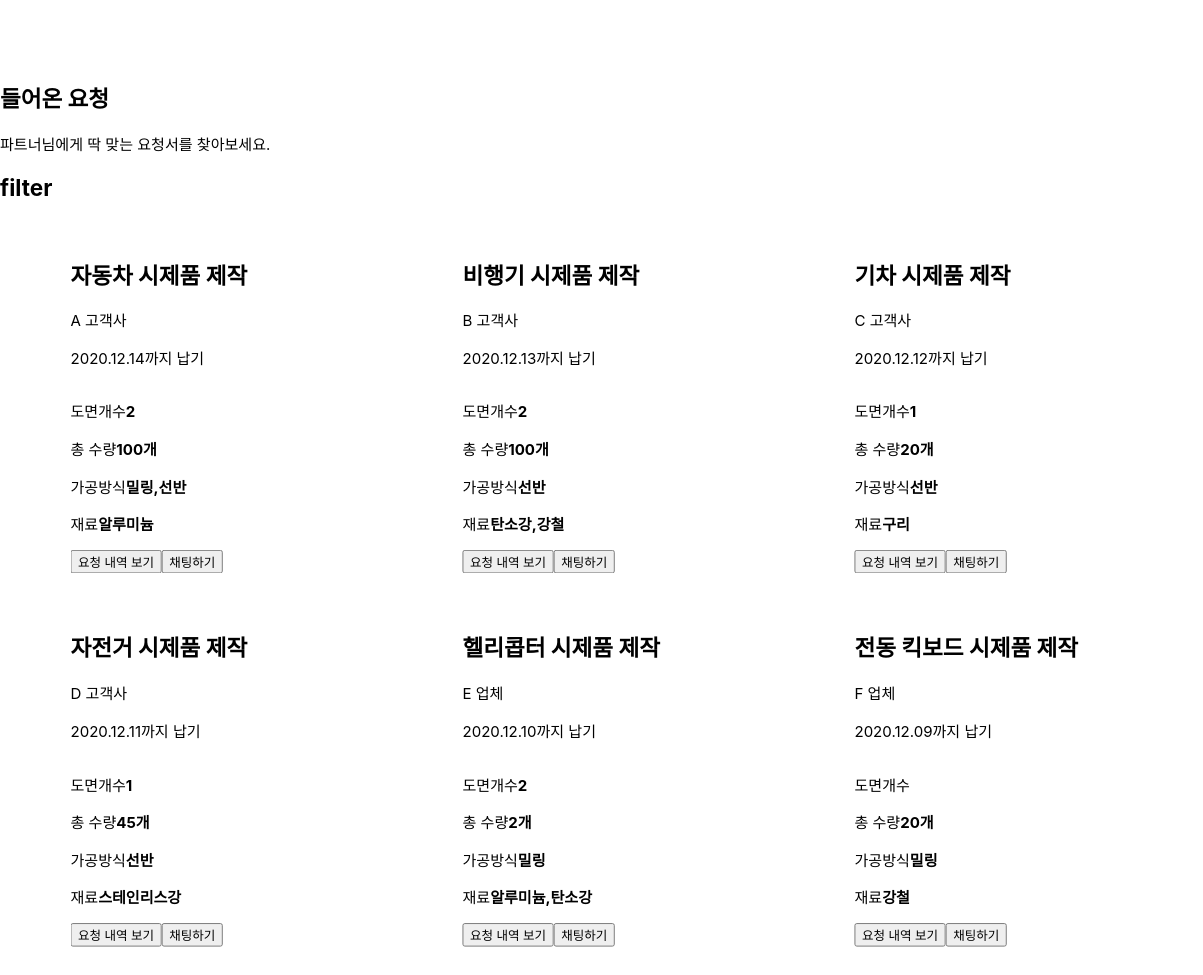
Repository: seoulsaram/capa
Page: /
The author's editor kept a copy of each file at every save. The page is drawn from the files as they stood at one save, then again after the next save.
The browser window is 1280 px wide. The pictures show the whole page, at 94% of full size.
The project was rebuilt for these pictures with package versions that can differ from the ones it lists, and the page was loaded fresh each time. Requests to the local data server were answered from the project's data file. Also part of the build but not shown: src/App.css, src/components/filter/filter.module.css, src/components/item_container/item_container.module.css.

Above is the page before, as saved 2021-03-05 21:44:06.

After the next save:
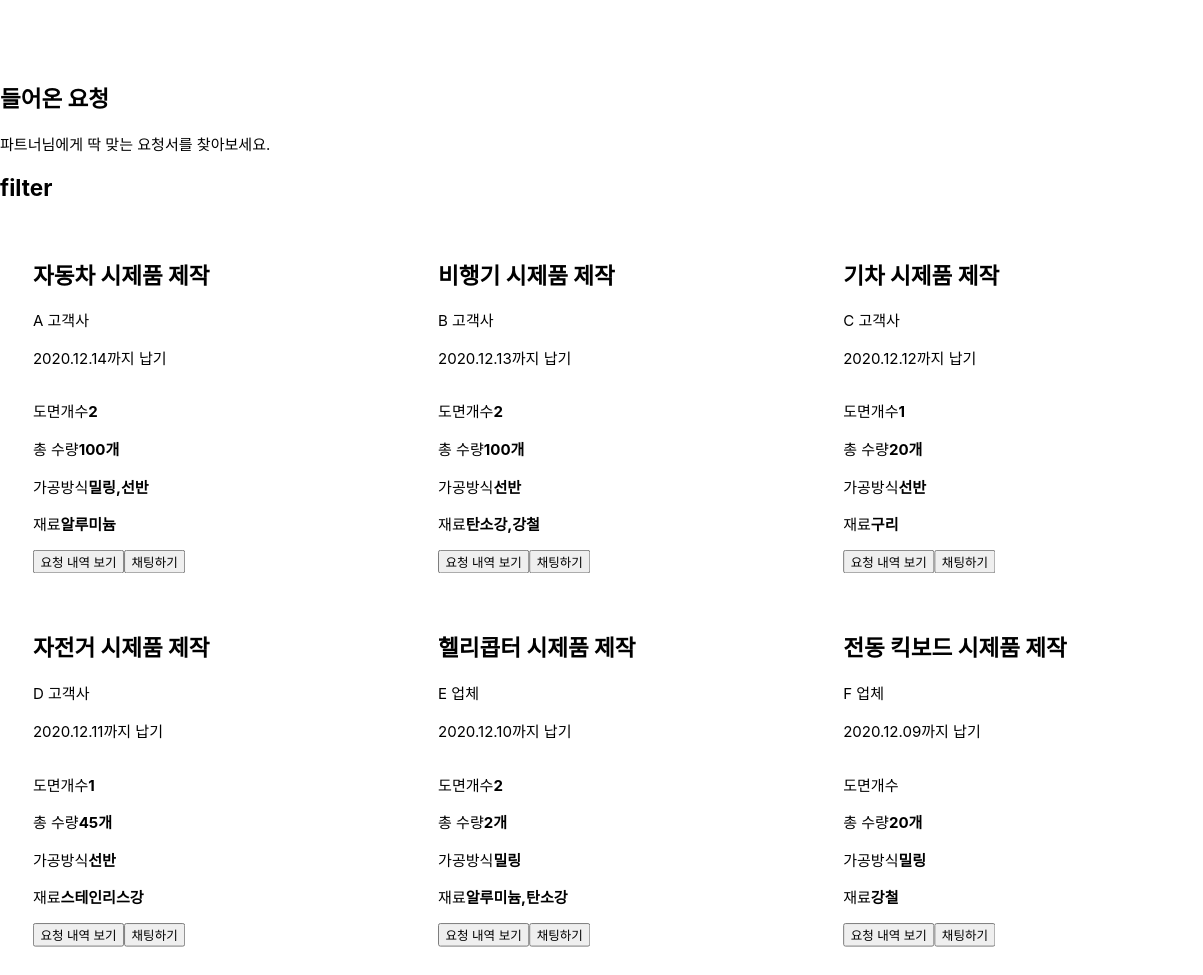
Saved 101 s later.
--- a/src/components/request_box/request_box.module.css
+++ b/src/components/request_box/request_box.module.css
@@ -7,6 +7,11 @@
   justify-content: space-between;
   flex-wrap: wrap;
   margin: 10px;
+}
+
+ul {
+  margin: 0;
+  padding: 0;
 }
 
 .card {
